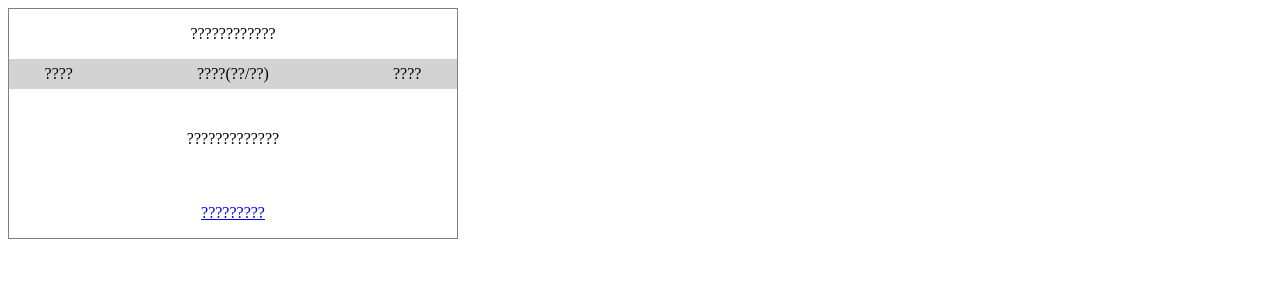
Repository: wikelgc/JSP
Page: http://localhost/GoosSingle/show.jsp
These files come from the project's save history. The page is drawn as it stood at one moment and after the next save; the edit follows.
The browser window is 1280 px wide. The pictures show the whole page.
The page is served by Tomcat 9.

Above is the page before, as saved 2015-05-31 06:41:06.

After the next save:
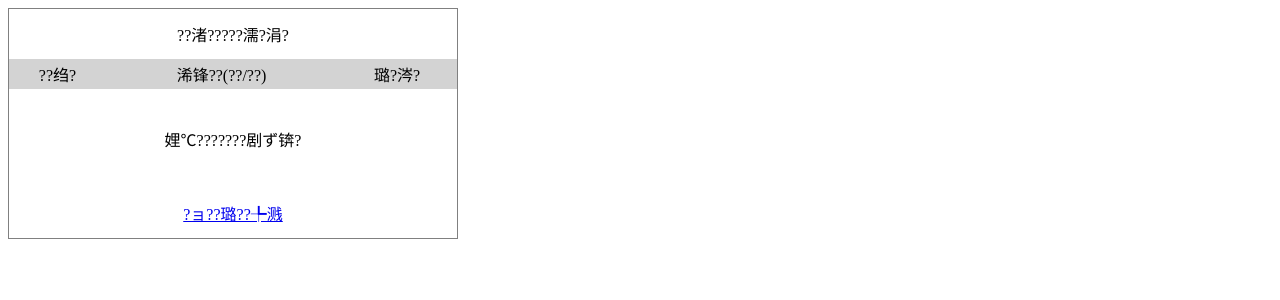
Saved 26 s later.
--- a/GoosSingle/WebRoot/show.jsp
+++ b/GoosSingle/WebRoot/show.jsp
@@ -1,4 +1,4 @@
-<%@page contentType="text/html charset=gb2312"%>
+<%@page contentType="text/html ;charset=gb2312"%>
 <%@page	import = "java.util.ArrayList"%>
 <%@page	import = "com.yxq.valuebean.GoodsSingle"%>
 <% ArrayList goodslist = (ArrayList)session.getAttribute("goodslist"); %>
